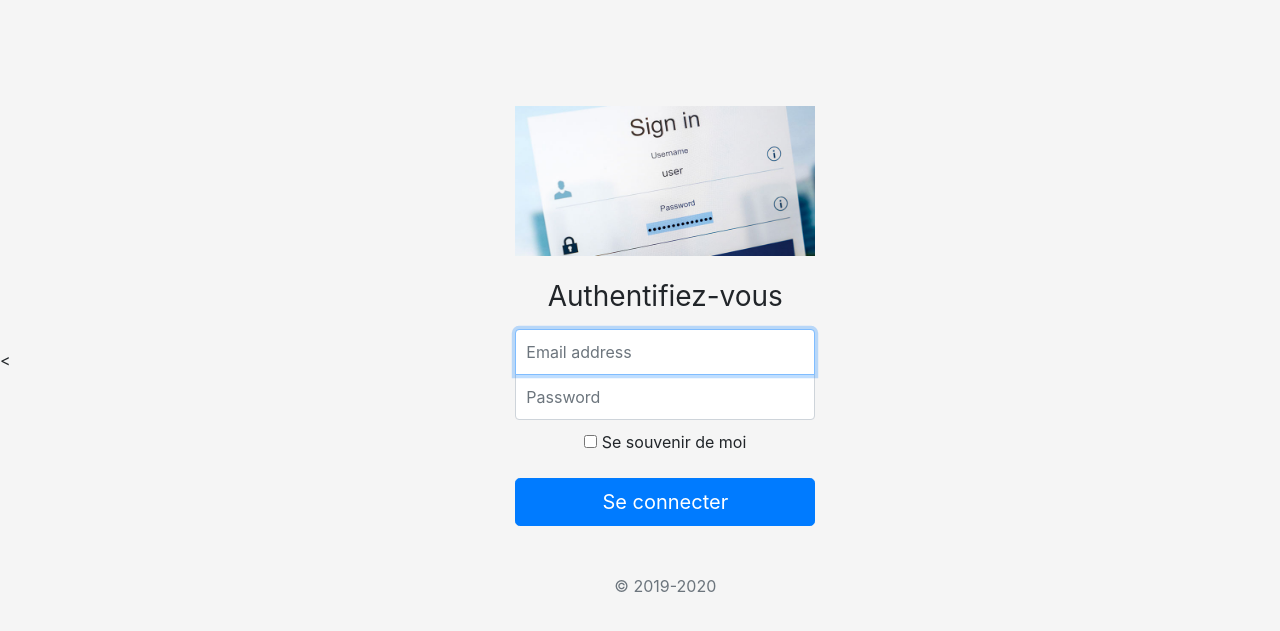
Repository: liiiseee/Projet
Page: http://localhost/01_gestion_clients_jsp_servlet_mysql/
An editor plug-in stored every save of this project. The page is shown before and after the next save, followed by the edit.
The browser window is 1280 px wide. The pictures show the whole page.
The page is served by Tomcat 9. Other server files are loaded and not shown.

Above is the page before, as saved 2020-03-27 09:36:06.

### 01_gestion_clients_jsp_servlet_mysql/WebContent/authentification.jsp
<%@ page language="java" contentType="text/html; charset=ISO-8859-1"
    pageEncoding="ISO-8859-1"%>

 <

<!doctype html>
<html lang="en">
  <head>
    <meta charset="utf-8">
    <meta name="viewport" content="width=device-width, initial-scale=1, shrink-to-fit=no">
    <meta name="description" content="">
    <meta name="author" content="Mark Otto, Jacob Thornton, and Bootstrap contributors">
    <meta name="generator" content="Jekyll v3.8.6">
    <title>Signin Template · Bootstrap</title>



    <!-- Bootstrap core CSS -->
    <!-- lien vers la feuille de style de Bootstrap -->
<link href="assets/styles/bootstrap.min.css" rel="stylesheet" />



    <style>
      .bd-placeholder-img {
        font-size: 1.125rem;
        text-anchor: middle;
        -webkit-user-select: none;
        -moz-user-select: none;
        -ms-user-select: none;
        user-select: none;
      }

      @media (min-width: 768px) {
        .bd-placeholder-img-lg {
          font-size: 3.5rem;
        }
      }
    </style>

    <!-- Custom styles for this template -->
    <link href="assets/styles/style.css" rel="stylesheet">
  </head>
  <body class="text-center">

  <%-- ============================================================================= --%>
  <%-- ============affichage des mess d'erreurs ==================================== --%>
  <%-- ============================================================================= --%>
  <%--
  		> affichage de la liste des messeges sauvegardés dans la requête avant délégation
  			---> request.setAttribute("messages_erreurs", listeMessageErreurs);
   --%>

   <div>
   		<ul>



   		</ul>

   </div>

  <!-- formulaire d'auth° -->
  <!--
  		> à la soumisssion du formulaire (click sur le bouton Se connecter) :
  				-> appel de la servlet ayant l'url /authentification-servlet = envoi d'une rquête http en post (réf method="post")
  						-> url de la requête : http://localhost:8080/gestion-clients/authentification-servlet
  						-> paramètres de la requête (ref attribut name des input):
  								- p-user : sa valeur est la saisie du champ email
  								- p-mdp : sa valeur est la saisie du champ mot de passe
   -->
    <form class="form-signin" method="post" action="authentification-servlet">

    <!-- image du fomrulaire -->
  <img class="mb-4" src="assets/images/image.jpg" alt="" width="300" height="150">
  <h1 class="h3 mb-3 font-weight-normal">Authentifiez-vous</h1>

  <!--  champ texte pour le mail -->
  <label for="inputEmail" class="sr-only">Email address</label>
  <input type="email" name="p-user" id="inputEmail" class="form-control" placeholder="Email address" required autofocus>

  <!--  champ texte pour le mdp -->
  <label for="inputPassword" class="sr-only">Password</label>
  <input type="password" name="p-mdp" id="inputPassword" class="form-control" placeholder="Password" required>

  <div class="checkbox mb-3">
    <label>
      <input type="checkbox" value="remember-me"> Se souvenir de moi
    </label>
  </div>

  <!-- bouton de soumission du form -->
  <button class="btn btn-lg btn-primary btn-block" type="submit">Se connecter</button>
  <p class="mt-5 mb-3 text-muted">&copy; 2019-2020</p>
</form>
</body>
</html>

### 01_gestion_clients_jsp_servlet_mysql/WebContent/assets/styles/style.css
@charset "ISO-8859-1";

/*===============css pour la template bootstrap signin ==========================*/

html,
body {
  height: 100%;
}

body {
  display: -ms-flexbox;
  display: flex;
  -ms-flex-align: center;
  align-items: center;
  padding-top: 40px;
  padding-bottom: 40px;
  background-color: #f5f5f5;
}

.form-signin {
  width: 100%;
  max-width: 330px;
  padding: 15px;
  margin: auto;
}
.form-signin .checkbox {
  font-weight: 400;
}
.form-signin .form-control {
  position: relative;
  box-sizing: border-box;
  height: auto;
  padding: 10px;
  font-size: 16px;
}
.form-signin .form-control:focus {
  z-index: 2;
}
.form-signin input[type="email"] {
  margin-bottom: -1px;
  border-bottom-right-radius: 0;
  border-bottom-left-radius: 0;
}
.form-signin input[type="password"] {
  margin-bottom: 10px;
  border-top-left-radius: 0;
  border-top-right-radius: 0;
}

/*====================================css perso ==========================*/

Loaded but not shown: 01_gestion_clients_jsp_servlet_mysql/WebContent/assets/styles/bootstrap.min.css (library)

After the next save:
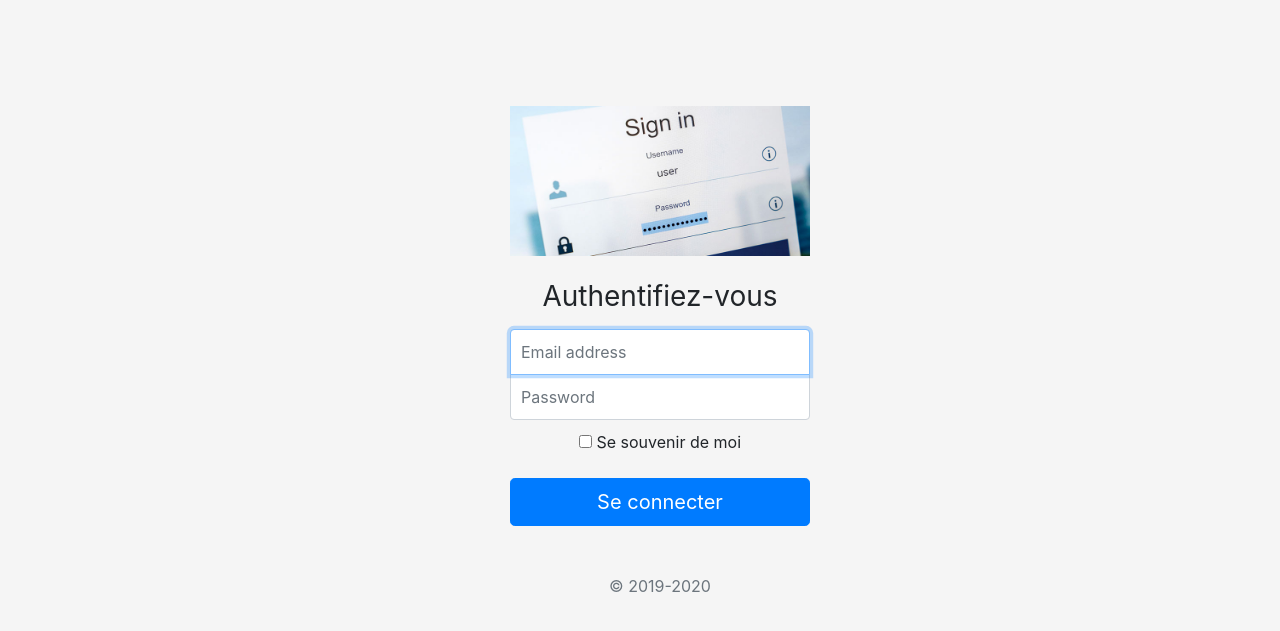
Saved 3 min 5 s later.
--- a/01_gestion_clients_jsp_servlet_mysql/WebContent/authentification.jsp
+++ b/01_gestion_clients_jsp_servlet_mysql/WebContent/authentification.jsp
@@ -1,7 +1,8 @@
 <%@ page language="java" contentType="text/html; charset=ISO-8859-1"
     pageEncoding="ISO-8859-1"%>
 
- <
+ <%-- ajout de la taglib 'core des jsp --%>
+ <%@taglib prefix="c" uri="http://java.sun.com/jsp/jstl/core" %>
 
 <!doctype html>
 <html lang="en">
